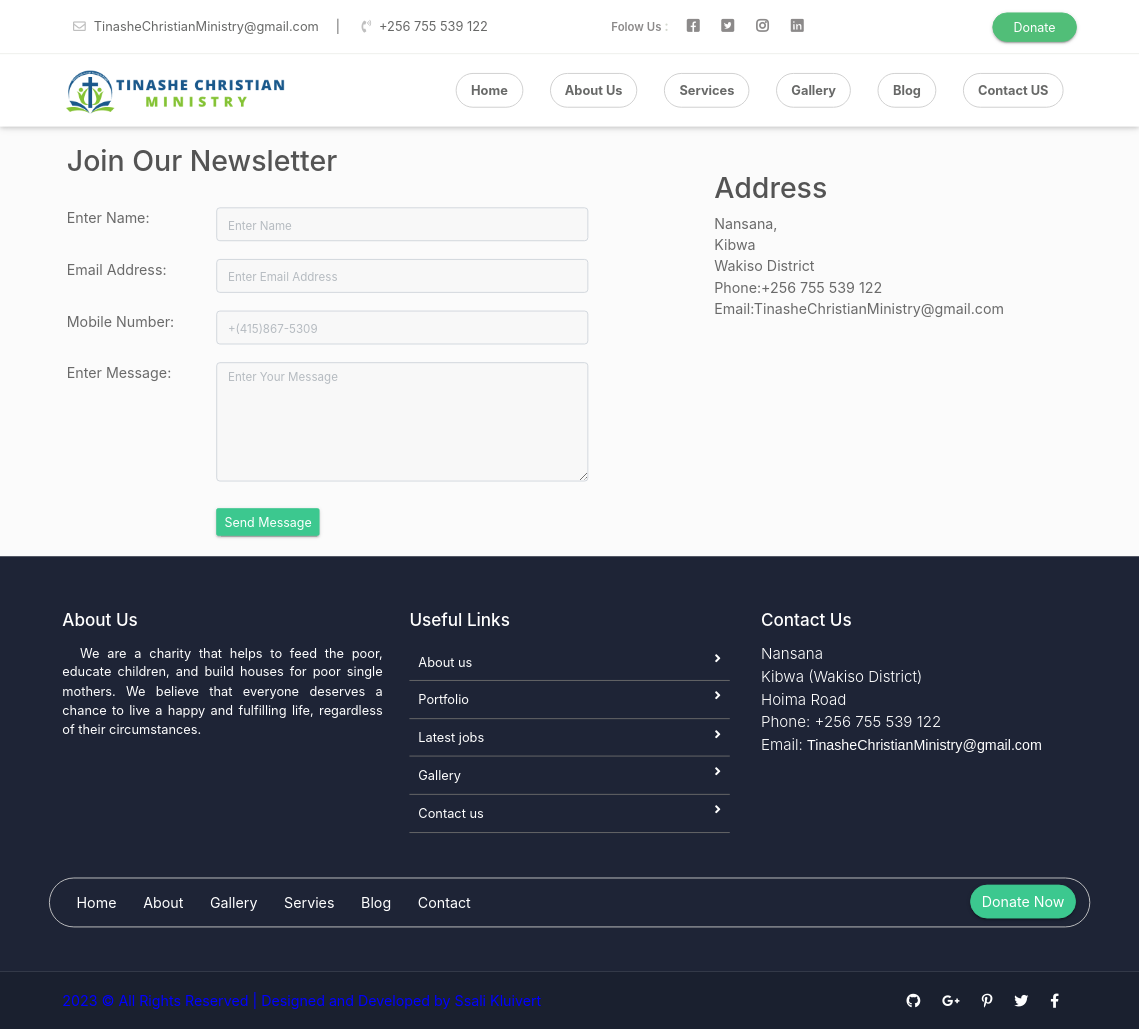
Repository: kluivert-ssali/Zziwa
Page: contact_us.html
The author's editor kept a copy of each file at every save. The page is drawn from the files as they stood at one save, then again after the next save.
The browser window is 1280 px wide. The pictures show the whole page, at 89% of full size.

Above is the page before, as saved 2023-11-24 22:52:17.

After the next save:
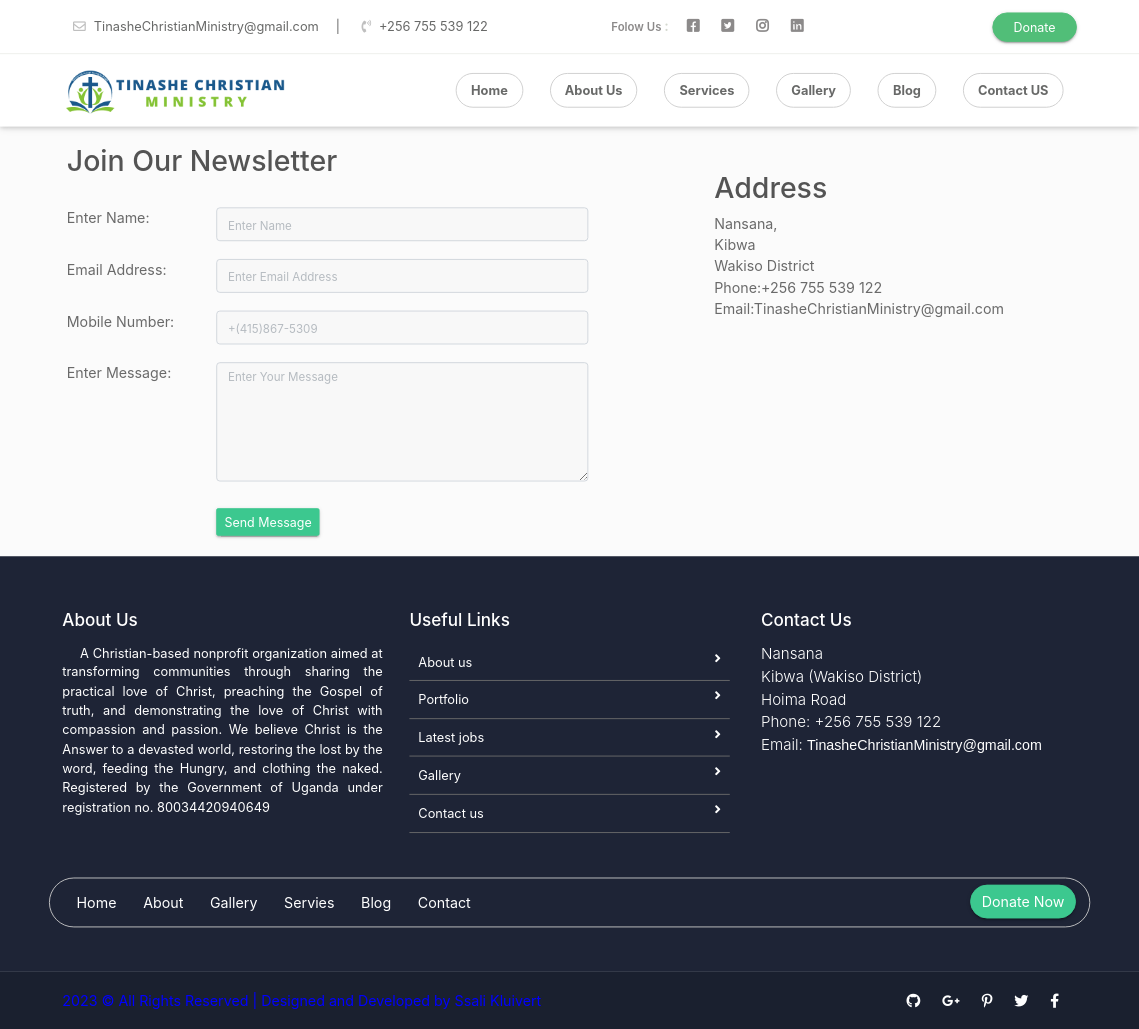
Saved 2 min 40 s later.
--- a/contact_us.html
+++ b/contact_us.html
@@ -238,10 +238,7 @@
           <div class="col-md-4 col-sm-12">
             <h2>About Us</h2>
             <p>
-              We are a charity that helps to feed the poor, educate children,
-              and build houses for poor single mothers. We believe that everyone
-              deserves a chance to live a happy and fulfilling life, regardless
-              of their circumstances.
+              A Christian-based nonprofit organization aimed at transforming communities through sharing the practical love of Christ, preaching the Gospel of truth, and demonstrating the love of Christ with compassion and passion. We believe Christ is the Answer to a devasted world, restoring the lost by the word, feeding the Hungry, and clothing the naked. Registered by the Government of Uganda under registration no. 80034420940649
             </p>
             <p></p>
           </div>
